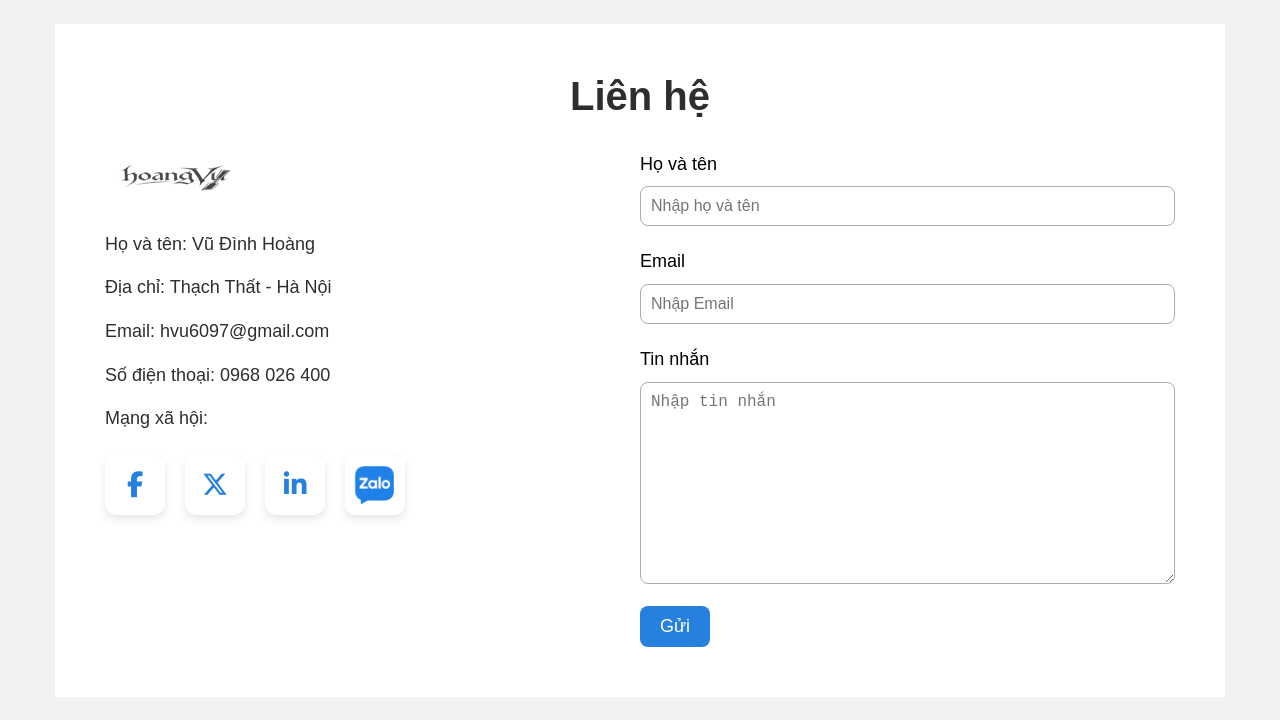
Repository: hoang28092000/portfolio
Page: pages/contact.html
An editor plug-in stored every save of this project. The page is shown before and after a run of saves, followed by the edit.
The browser window is 1280 px wide. The pictures show the whole page.
The pointer rests on the first visible `.img-social`.

Above is the page before, as saved 2025-04-12 00:53:15.

After the next 2 saves:
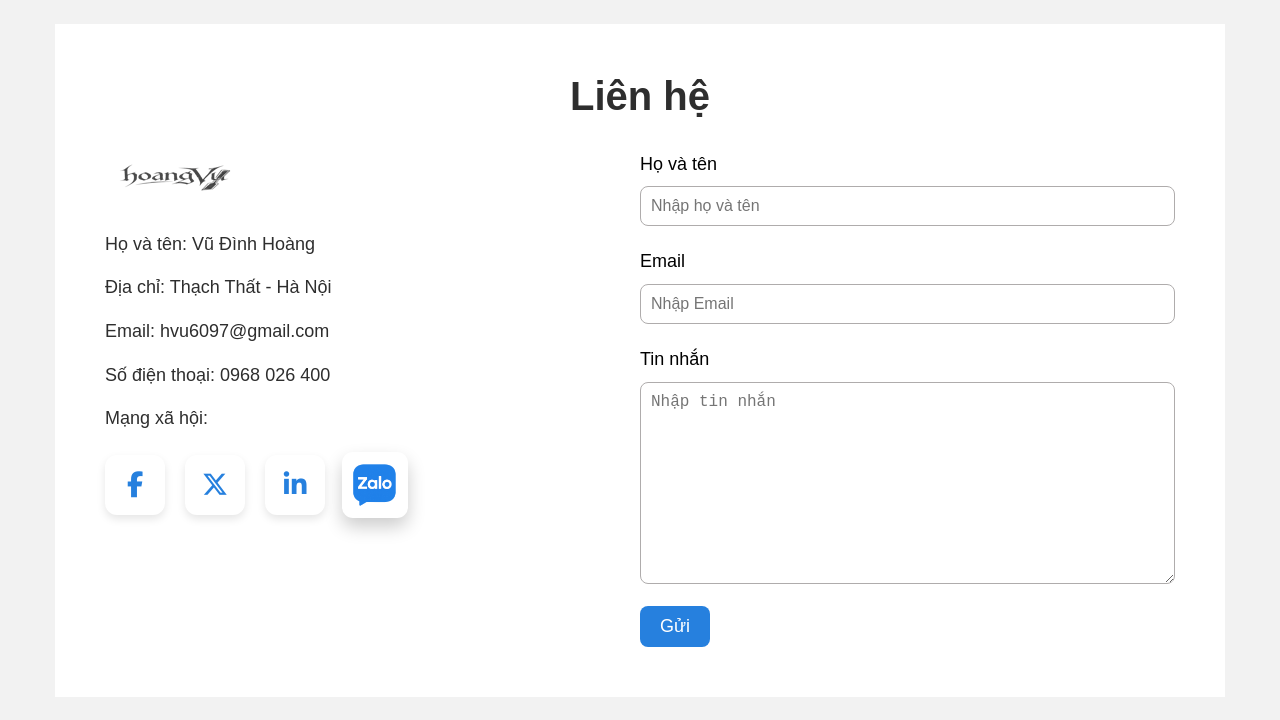
The 2 saves are shown as one change because they came seconds apart.
The last was saved 40 s later.
--- a/css/pages.css
+++ b/css/pages.css
@@ -228,6 +228,10 @@ html {
     box-shadow: 0 4px 8px rgba(0, 0, 0, 0.1);
 
 }
+.img-social:hover{
+    transform: scale(1.1);
+    box-shadow: 0 8px 16px rgba(0, 0, 0, 0.2);
+}
 .social-contact{
     display: flex;
     align-items: center;
